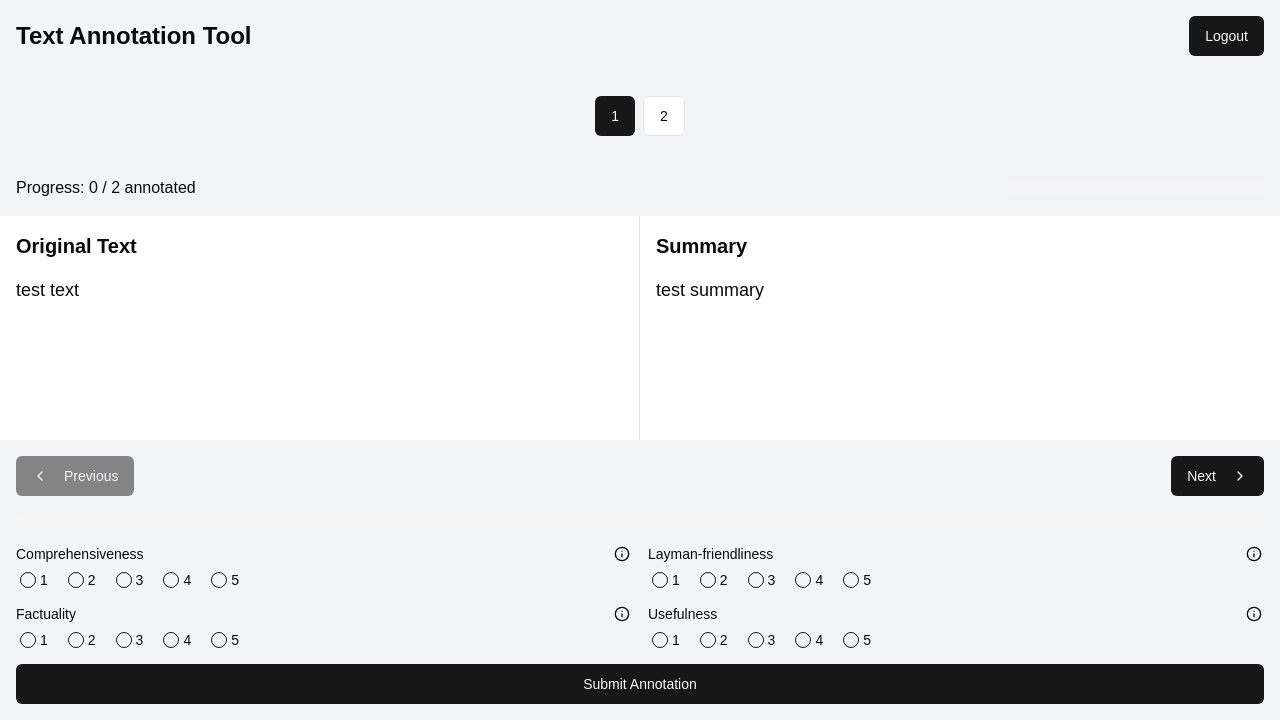
Repository: swapnil-panigrahi/annotator-group
Page: /annotate
These files come from the project's save history. The page is drawn as it stood at one moment and after the next save; the edit follows.
The browser window is 1280 px wide. The pictures show the whole page.
The project was rebuilt for these pictures with package versions that can differ from the ones it lists, and the page was loaded fresh each time. The framework's server and built-in components were replaced by stand-ins that run in the browser. Also part of the build but not shown: next.config.mjs.

Above is the page before, as saved 2025-02-07 23:36:16.

After the next save:
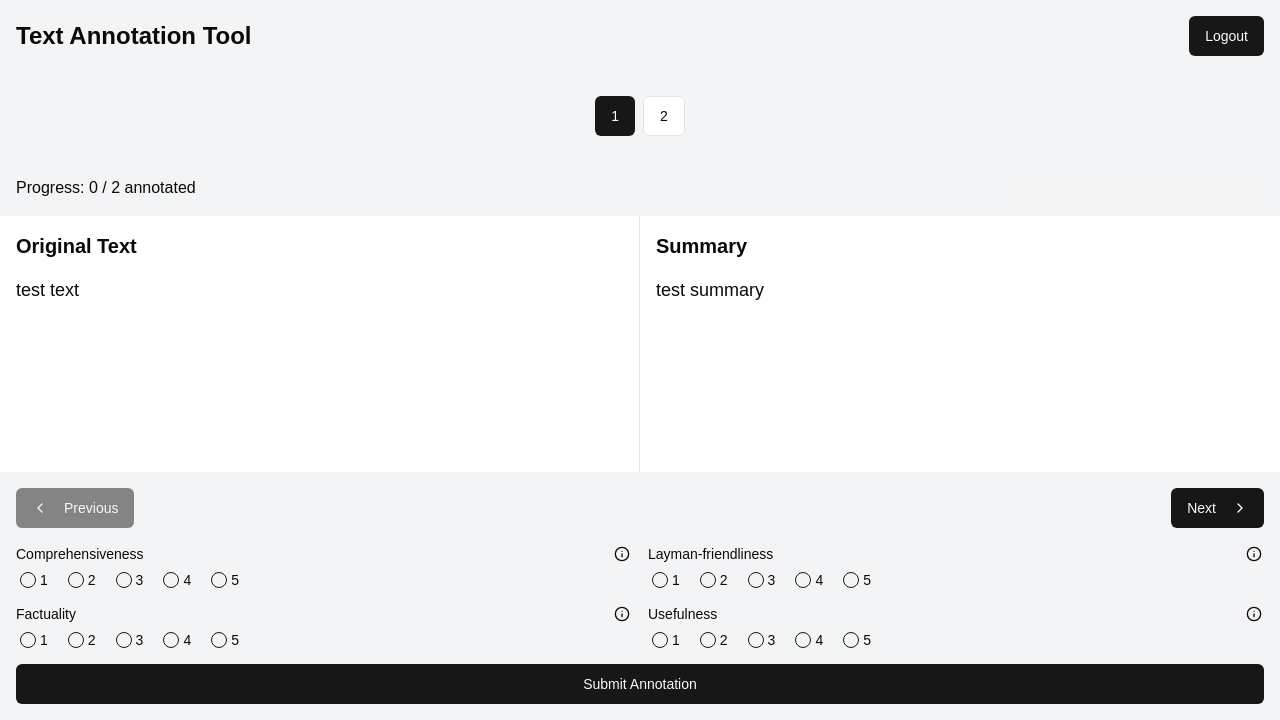
Saved 32 s later.
--- a/app/annotate/page.tsx
+++ b/app/annotate/page.tsx
@@ -169,7 +169,7 @@ export default function AnnotatePage() {
             Next <ChevronRight className="ml-2 h-4 w-4" />
           </Button>
         </div>
-        <Progress value={calculateProgress(currentAnnotation)} className="mb-4" />
+        {/* <Progress value={calculateProgress(currentAnnotation)} className="mb-4" /> */}
         <AnnotationForm
           textId={currentItem.id}
           onAnnotationChange={handleAnnotationChange}
